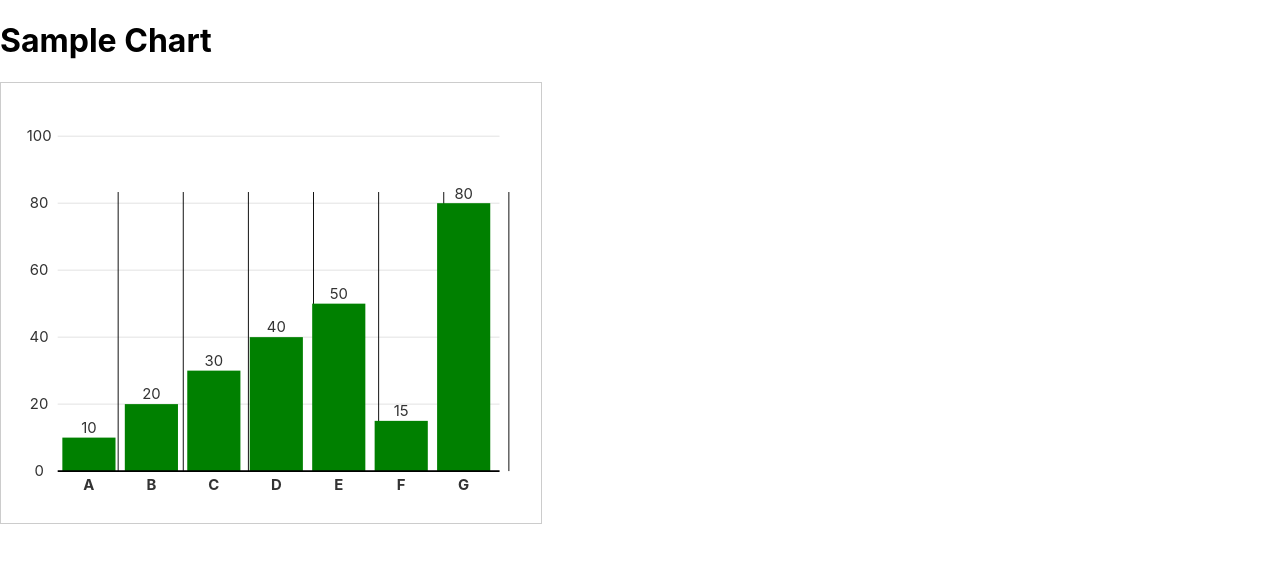
Repository: CaptainJang316/GChart
Page: /
The author's editor kept a copy of each file at every save. The page is drawn from the files as they stood at one save, then again after a run of saves.
The browser window is 1280 px wide. The pictures show the whole page.
The project was rebuilt for these pictures with package versions that can differ from the ones it lists, and the page was loaded fresh each time. Also part of the build but not shown: src/App.css.

Above is the page before, as saved 2024-11-09 17:23:33.

After the next 2 saves:
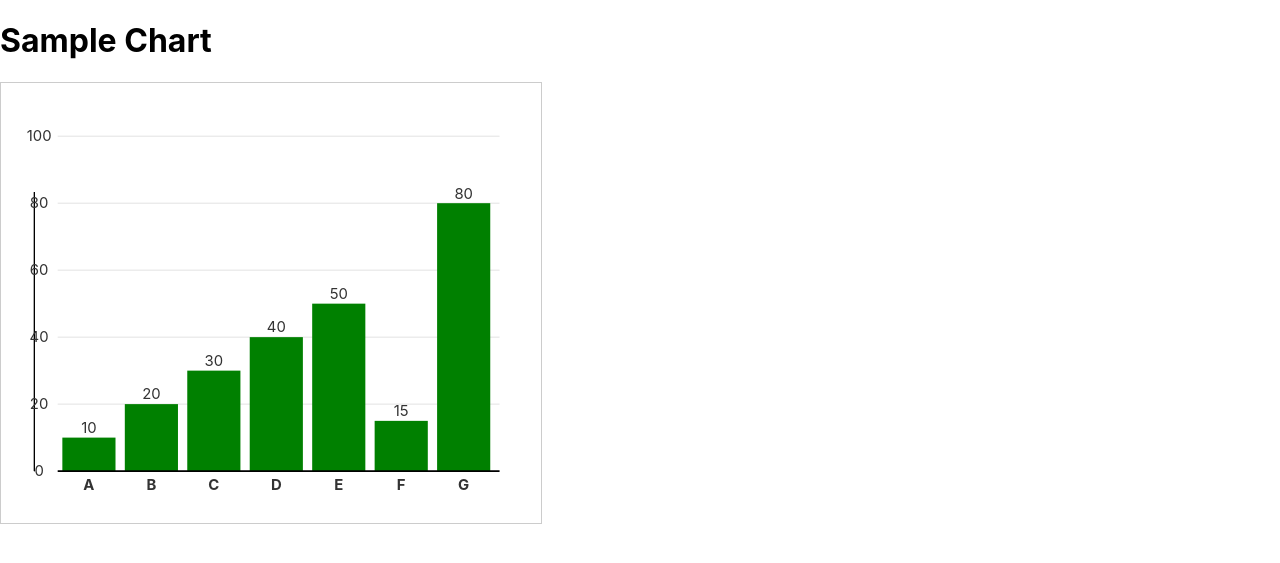
The 2 saves are shown as one change because they came seconds apart.
The last was saved 33 s later.
--- a/src/components/Axis/useAxis.ts
+++ b/src/components/Axis/useAxis.ts
@@ -16,7 +16,7 @@
     width,
     height,
     axisCnt = 6,
-    horizontalPadding = 40,
+    horizontalPadding = '1rem',
     topPadding = 40
 }: AxisProps) => {
     const scales = useMemo(() => {

After the 2 saves that followed:
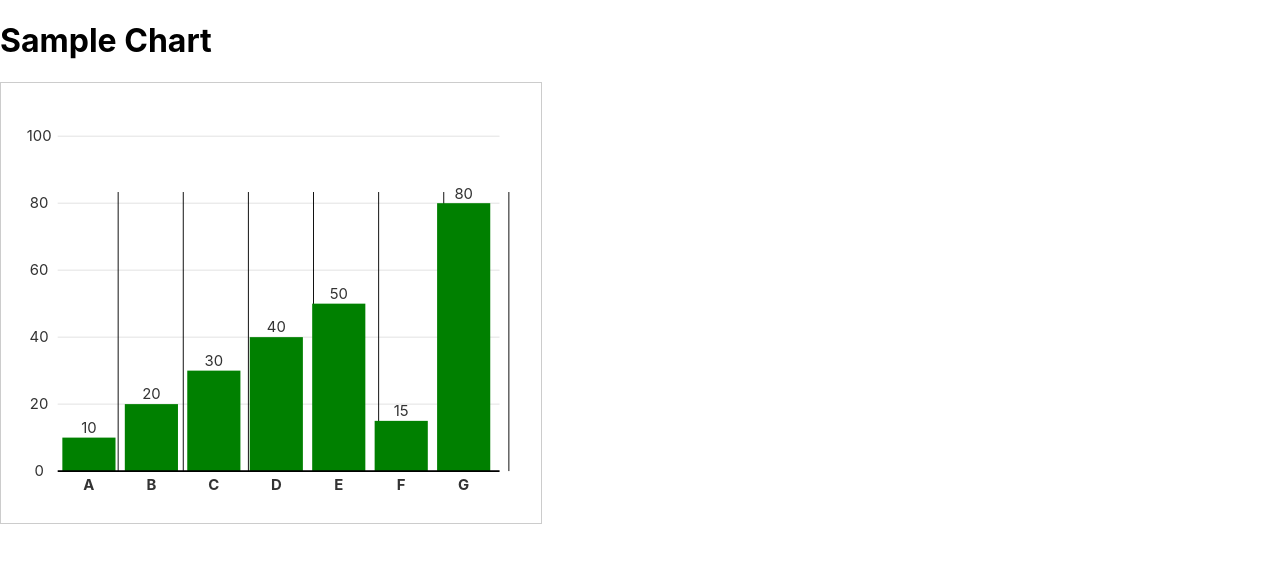
The 2 saves are shown as one change because 1 left the picture as it was.
The last was saved 13 s later.
--- a/src/components/Axis/useAxis.ts
+++ b/src/components/Axis/useAxis.ts
@@ -16,7 +16,7 @@
     width,
     height,
     axisCnt = 6,
-    horizontalPadding = '1rem',
+    horizontalPadding = 40,
     topPadding = 40
 }: AxisProps) => {
     const scales = useMemo(() => {
